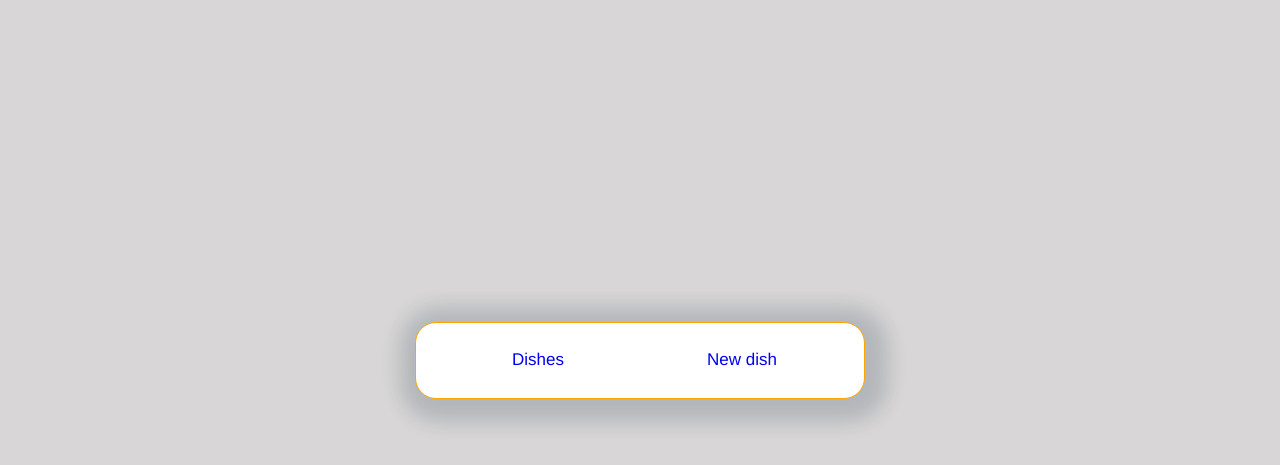
Repository: ZenLone/culinary-website
Page: / (app in frontend/)
An editor plug-in stored every save of this project. The page is shown before and after the next save, followed by the edit.
The browser window is 1280 px wide. The pictures show the whole page.
The project was rebuilt for these pictures with package versions that can differ from the ones it lists, and the page was loaded fresh each time. Also part of the build but not shown: frontend/vite.config.js, frontend/src/Dishes.vue.

Above is the page before, as saved 2025-04-06 12:30:48.

### frontend/src/assets/main.css
*,*:after,*:before{
  box-sizing: border-box;
  margin:0;
  padding:0;
  border:none;
}
body{
  height:100vh;
  align-items: center;
  display: flex;
  justify-content: center;
  background-color: #d8d6d6;
}
ul,li{
  list-style: none;
}
a{
  text-decoration: none;
}
h2{
  font-family: 'Helvetica';
}
button,input{
  outline: none;
  border:none;
}

.nav{
  display: flex;
  gap:10px;
  justify-content: space-around;
  & a{
    align-items: center;
    display: flex;
    justify-content: center;
    font-size: 17px;
    font-family: 'Helvetica';
    width: 175px;
    height:25px;
    border-radius: 12px;
    transition: background-color .4s;
    &:hover{
      background-color: rgba(255, 166, 1, 0.732);
      cursor: pointer;
    }
  }
}

### frontend/src/App.vue
<script>
import { ref, computed } from 'vue';
import AddDish from './Add_Dish.vue';
import Dishes from './Dishes.vue';
import Header from './components/Header.vue';
// Определение маршрутов
const routes = {
  '/': Dishes,
  '/add_dish': AddDish
};

export default{
  components:{
  Header
  },

  setup(){
// Текущий путь (считывается из хэша URL)
const currentPath = ref(window.location.hash);

// Обновление пути при изменении хэша
window.addEventListener('hashchange', () => {
  currentPath.value = window.location.hash;
});

// Вычисляем текущий компонент на основе текущего пути
  const currentView = computed(() => {
  return routes[currentPath.value.slice(1)]
  });
  return{currentView};
  }
};


</script>

<template>
  <div class="app-container">
    <Header></Header>
    <component :is="currentView" />
  </div>
</template>

<style scoped>
.app-container {
  width: 450px;
  padding: 25px;
  border: 1px solid orange;
  border-radius: 21px;
  background-color: white;
  box-shadow: 4px 4px 19px 19px rgba(34, 60, 80, 0.2);
}

</style>

### frontend/src/Add_Dish.vue
<script>
import { ref } from 'vue';
import axios from 'axios';
export default{
  name:'App',
  components:{

  },
  setup(){

    //data
    const ingredients = ref([]);
    const dish_name = ref('');
    const dish_time = ref('Не указано');
    //methods
    const addIngredientInput = () => {
      ingredients.value.push('');
    };
    const getFormData = async () => {
      const hasIngredients = ingredients.value.some((ingredient) => ingredient.trim() != '');
      if(!hasIngredients){
        console.log('Добавленные ингредиенты, не были заполненны!');
      }
      else if(!dish_name.value){
        console.log('Блюдо не названо!');
      }
      else{
        const filteredIngredients = ingredients.value.filter((ingredient) => ingredient.trim() !== '');
        // console.log('Название блюда:', dish_name.value);
        // console.log("Время приготовления:", dish_time.value);
        // console.log('Ингредиенты:', filteredIngredients);
        const data = {
          name:dish_name.value,
          ingredients:filteredIngredients,
          time:dish_time.value
        }
        console.log(data);
        try{
          const response = await axios.post('http://127.0.0.1:8000/api/data', data);
          console.log('Данные успешно отправлены:', response.data);
        }
        catch(error){
          console.error('Ошибка при отправке данных:', error.message);
        }
      }
    };
    const removeIngredient = (index) => {
      ingredients.value.pop(); // Удаляем элемент из массива по индексу
    };
    //computed

    //watch

    //Хуки

    return {
  dish_name,
  ingredients,
  addIngredientInput,
  getFormData,
  removeIngredient,
  dish_time
  };
  }
}
</script>

<template>

  <!-- <div class="nav">
    <h2>Блюда</h2>
    <h2>Добавить блюдо</h2>
  </div> -->
  <div class="container">
    <h2>Добавление блюда: {{ dish_name }}</h2>
    <input class="dish_name_input" placeholder="Название блюда" @input="dish_name = $event.target.value" type="text">

    <div class="time-container">
      <h2>Время приготовления:</h2>
      <input type="text" @input="dish_time = $event.target.value" placeholder="Введите...">
    </div>

    <h2 class="h2-additions">Ингредиенты:</h2>
    <div  class="additions-input-container">
      <input v-for="(ingredient, index) in ingredients" :key="index" class="addition_input" v-model="ingredients[index] "  type="text" placeholder="Введите..."></input>
    </div>
    <div class="additions-btns-container">
    <button class="addition_button" type="button" @click="removeIngredient(index)">
      <svg xmlns="http://www.w3.org/2000/svg" viewBox="0 0 448 512"><path d="M432 256c0 17.7-14.3 32-32 32L48 288c-17.7 0-32-14.3-32-32s14.3-32 32-32l352 0c17.7 0 32 14.3 32 32z"/></svg></button>
    <button class="addition_button" @click="addIngredientInput" type="button"><svg xmlns="http://www.w3.org/2000/svg" viewBox="0 0 448 512"><path d="M256 80c0-17.7-14.3-32-32-32s-32 14.3-32 32V224H48c-17.7 0-32 14.3-32 32s14.3 32 32 32H192V432c0 17.7 14.3 32 32 32s32-14.3 32-32V288H400c17.7 0 32-14.3 32-32s-14.3-32-32-32H256V80z"/></svg></button>
  </div>
    <div class="btn-container">
      <button class="add-btn" @click="getFormData">Добавить блюдо</button>
    </div>

  </div>


</template>

<style scoped>
.app-container{
  width:450px;
  padding:25px 25px 5px;
  border:1px solid orange;
  border-radius: 21px;
  background-color: white;
  box-shadow: 4px 4px 19px 19px rgba(34, 60, 80, 0.2);
}
.nav{
  display: flex;
  gap:10px;
  justify-content: space-around;
  & h2{
    align-items: center;
    display: flex;
    justify-content: center;
    font-size: 17px;
    font-family: 'Helvetica';
    width: 175px;
    height:25px;
    border-radius: 12px;
    transition: background-color .4s;
    &:hover{
      background-color: rgba(255, 166, 1, 0.732);
      cursor: pointer;
    }
  }
}
.dish_name_input{
  background-color: rgb(185, 185, 185);
  width:100%;
  height:30px;
  font-size: 16px;
  font-family: 'Helvetica';
  border-radius: 15px;
  padding:0 10px;
  &::placeholder{
    color:rgb(92, 90, 90);
  }
}
.container{
  & h2{
    padding:5px;
    font-size: 21px;
  }
}
.time-container{
  display: flex;
  align-items: center;
  margin-top: 5px;
  & h2{
    font-size: 17px;
  }
  & input{
    width:125px;
    border:1px solid orange;
    height:25px;
    padding:7px;
    border-radius: 9px;
    font-size: 14px;
    font-family: 'Helvetica';
  }
}
.h2-additions{
  font-size: 17px;
}
.addition_input{
  font-size: 14px;
  border:1px solid orange;
  border-radius: 9px;
  width:115px;

  height:25px;
  padding:0 5px;
  cursor: pointer;
  transition: all .3s ease-out;
  &:hover{
    background-color: orange;
    color:black;
  }
}

.addition_button{
  font-size: 14px;
  border:1px solid orange;
  border-radius: 9px;
  width:65px;
  background-color: transparent;
  height:25px;
  padding:0 5px;
  cursor: pointer;
  display: flex;
  align-items: center;
  justify-content: center;
  transition: all .3s ease-out;
  & svg{
    width:17px;
    height:17px;
  }
  & path{
    fill:orange;
  }
  &:hover{
    background-color: orange;
    & path{
      fill:black;
    }
  }
}
.additions-input-container{
  padding:0 5px;
  gap:15px;
  display: flex;
  flex-wrap: wrap;
  justify-content: left;
}

.additions-btns-container{
  display: flex;
  column-gap: 10px;
  margin-top: 10px;
}
.add-btn{
  padding:5px 10px;
  background-color: orange;
  font-size: 16px;
  font-family: 'Helvetica';
  border-radius: 3px;
  cursor: pointer;
  height:30px;
  transition: all .2s;
  &:hover{
    opacity: 0.85;
  }
  &:active{
    position: absolute;
    top:2px;
    height:30px;
  }
}
.btn-container{
  justify-content: center;
  display: flex;
  margin-top: 10px;
  height:32px;
  position: relative;
}
</style>

### frontend/src/components/Header.vue
<script>

export default{
  name:'Header',
  components:{

  },
  setup(){

    //data

    //methods

    //computed

    //watch

    //Хуки
  }
}
</script>

<template>
  <div class="nav">
    <a href="#/">Dishes</a>
    <a href="#/add_dish">New dish</a>
  </div>
</template>

<style scoped>

</style>

Loaded but not shown: frontend/index.html (common file); frontend/src/main.js (common file)

After the next save:
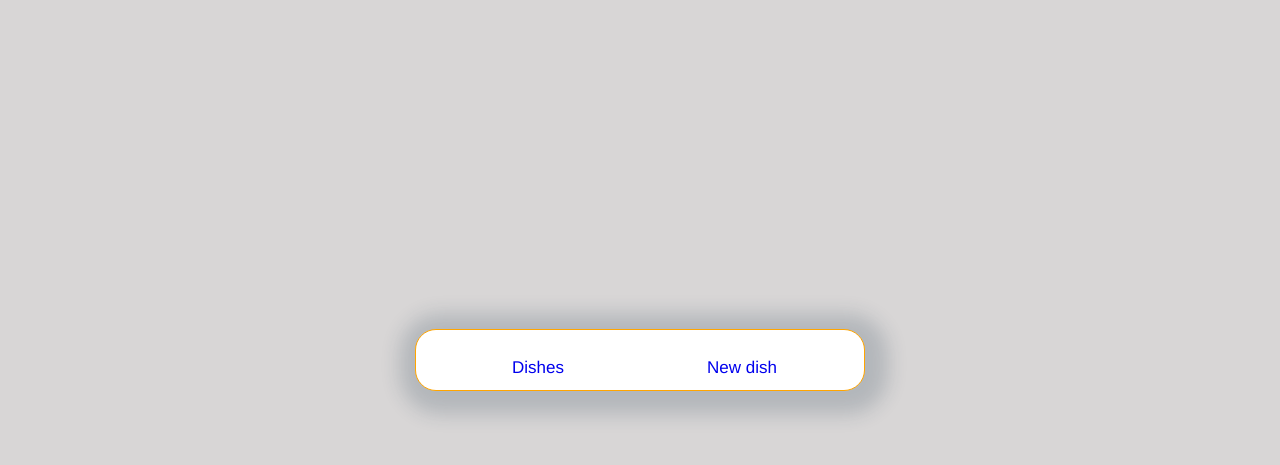
Saved 17 s later.
--- a/frontend/src/App.vue
+++ b/frontend/src/App.vue
@@ -44,7 +44,7 @@
 <style scoped>
 .app-container {
   width: 450px;
-  padding: 25px;
+  padding: 25px 25px 10px 25px;
   border: 1px solid orange;
   border-radius: 21px;
   background-color: white;

After the save that followed:
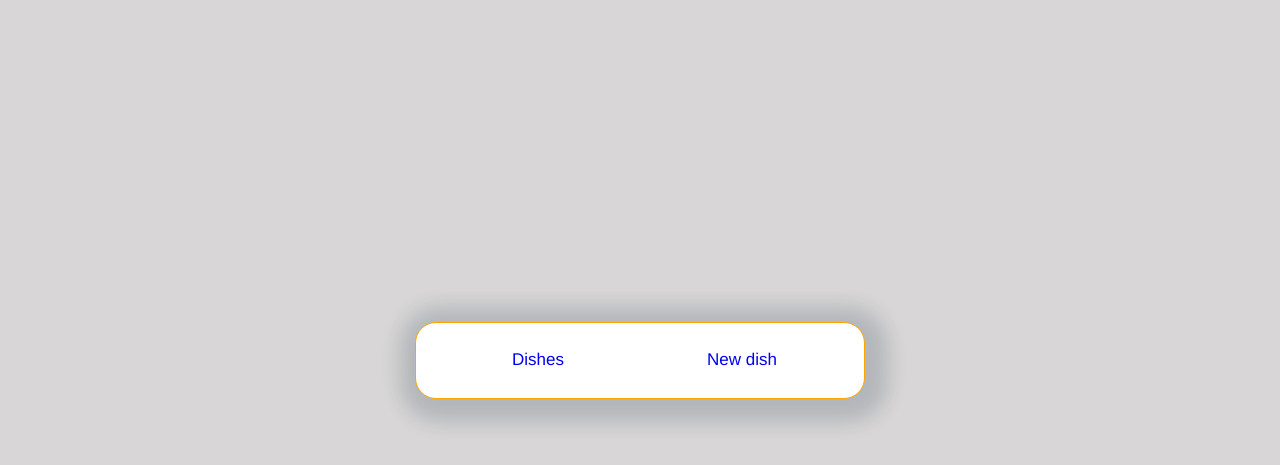
Saved 9 s later.
--- a/frontend/src/App.vue
+++ b/frontend/src/App.vue
@@ -44,7 +44,7 @@
 <style scoped>
 .app-container {
   width: 450px;
-  padding: 25px 25px 10px 25px;
+  padding: 25px;
   border: 1px solid orange;
   border-radius: 21px;
   background-color: white;
